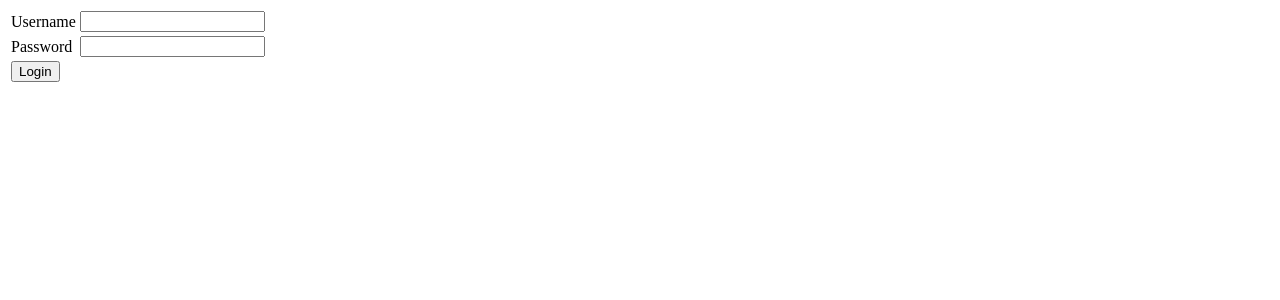
Repository: ArchanaBommu/JavaFullStackApplications
Page: WebNew/WebContent/index.html
These files come from the project's save history. The page is drawn as it stood at one moment and after the next save; the edit follows.
The browser window is 1280 px wide. The pictures show the whole page.

Above is the page before, as saved 2020-02-13 05:53:58.

### WebNew/WebContent/index.html
<!DOCTYPE html>
<html>
<head>
<meta charset="ISO-8859-1">
<title>Insert title here</title>
</head>
<body>
	<form>
		<Table>
			<tr>
				<td>Username</td>
				<td><input type="text" name="user"></td>
			</tr>
			<tr>
				<td>Password</td>
				<td><input type="password" name="pass"></td>
			</tr>
				<td colspan=2><input type="submit" value="Login"></td>
	</Table></form>

</body>
</html>

After the next save:
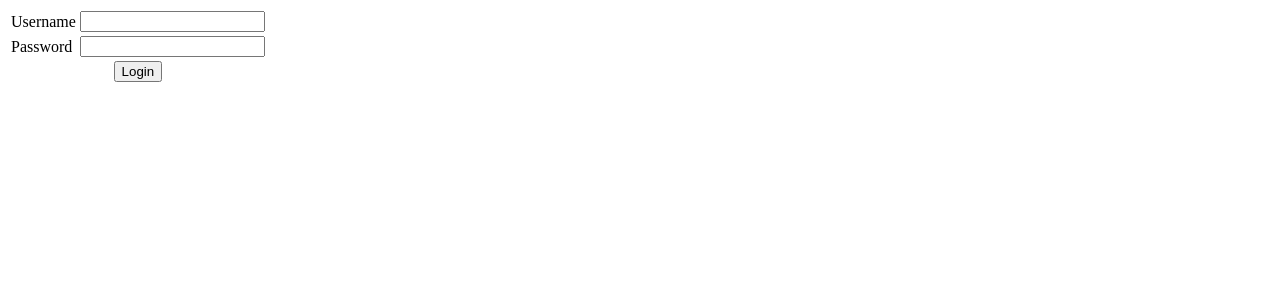
Saved 97 s later.
--- a/WebNew/WebContent/index.html
+++ b/WebNew/WebContent/index.html
@@ -15,7 +15,7 @@
 				<td>Password</td>
 				<td><input type="password" name="pass"></td>
 			</tr>
-				<td colspan=2><input type="submit" value="Login"></td>
+				<td colspan=2 align="Center"><input type="submit" value="Login"></td>
 	</Table></form>
 
 </body>
